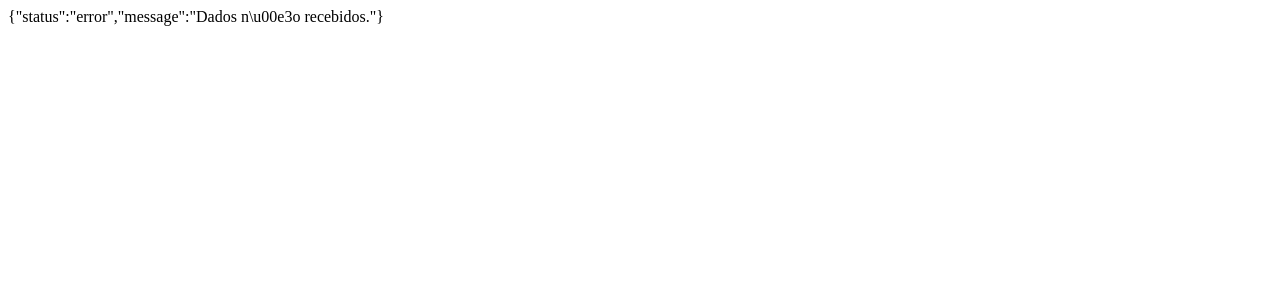
Repository: myserywork/autodoc
Page: http://localhost/salvar.php
These files come from the project's save history. The page is drawn as it stood at one moment and after the next save; the edit follows.
The browser window is 1280 px wide. The pictures show the whole page.
The page is run by PHP 8.4 with error messages shown; the project is at /var/www/html/.

Above is the page before, as saved 2024-05-01 14:39:59.

After the next save:
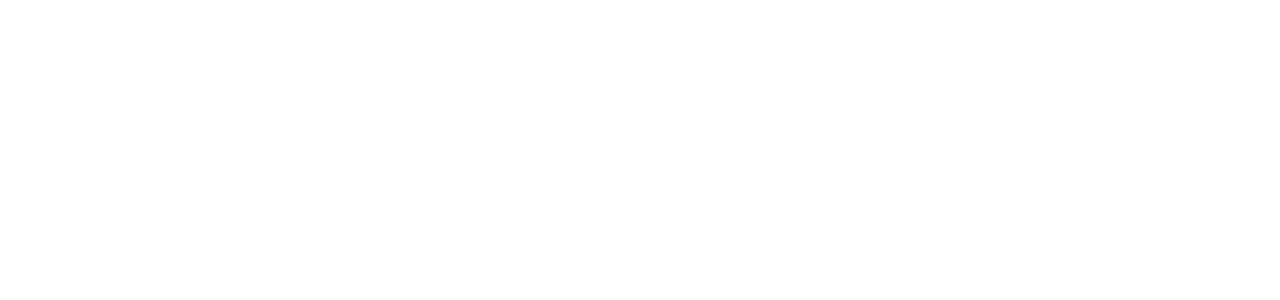
Saved 28 s later.
--- a/Arquivos Removidos/salvar.php
+++ b/Arquivos Removidos/salvar.php
@@ -1,4 +1,5 @@
 <?php
+die();
 if ($_SERVER['REQUEST_METHOD'] == 'POST' && isset($_POST['html'])) {
     $conteudoHtml = $_POST['html'];
     file_put_contents('conteudo.html', $conteudoHtml);

After the save that followed:
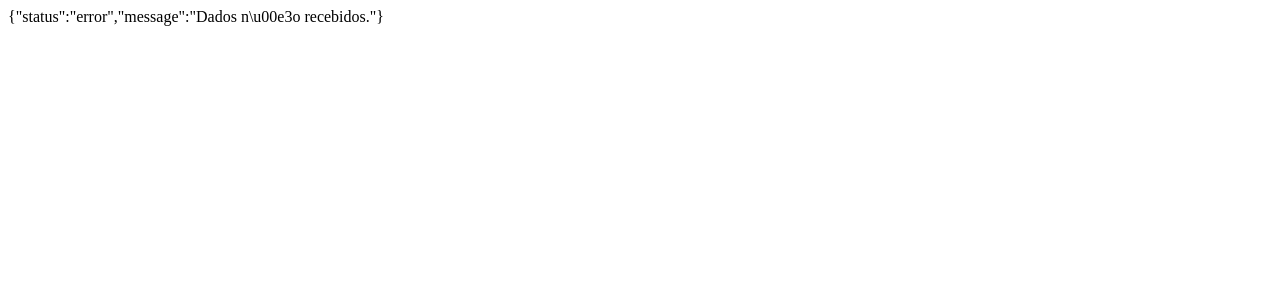
Saved 46 s later.
--- a/Arquivos Removidos/salvar.php
+++ b/Arquivos Removidos/salvar.php
@@ -1,5 +1,4 @@
 <?php
-die();
 if ($_SERVER['REQUEST_METHOD'] == 'POST' && isset($_POST['html'])) {
     $conteudoHtml = $_POST['html'];
     file_put_contents('conteudo.html', $conteudoHtml);
